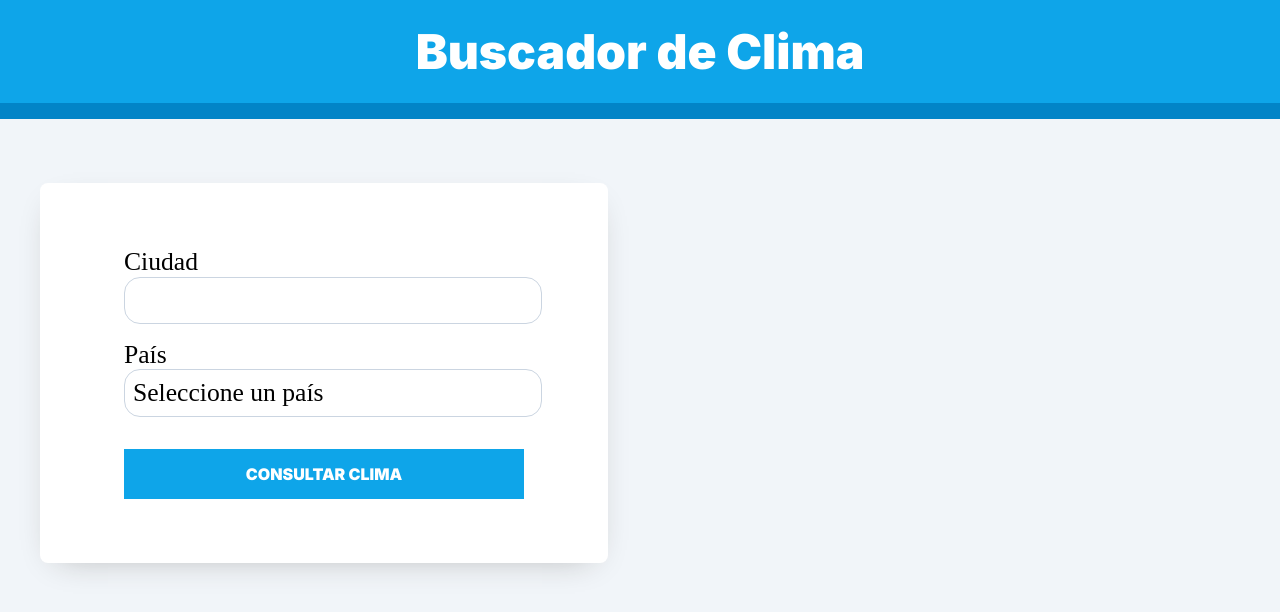
Repository: CarlosCamposRodriguez99/climaApp
Page: /
An editor plug-in stored every save of this project. The page is shown before and after the next save, followed by the edit.
The browser window is 1280 px wide. The pictures show the whole page.
Some web fonts or font styles are not loaded; a fallback is used. The project was rebuilt for these pictures with package versions that can differ from the ones it lists, and the page was loaded fresh each time. Also part of the build but not shown: vite.config.js.

Above is the page before, as saved 2022-03-16 15:37:00.

After the next save:
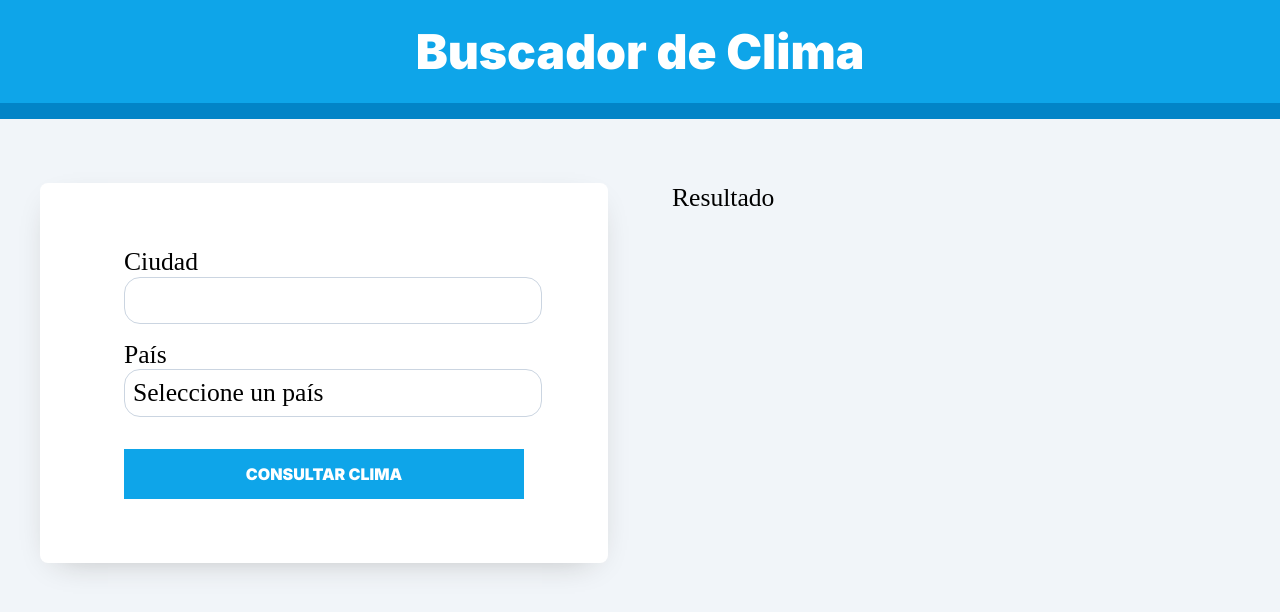
Saved 26 s later.
--- a/src/components/Resultado.jsx
+++ b/src/components/Resultado.jsx
@@ -3,7 +3,7 @@
 const Resultado = () => {
   return (
     <div>
-
+      Resultado
     </div>
   )
 }
